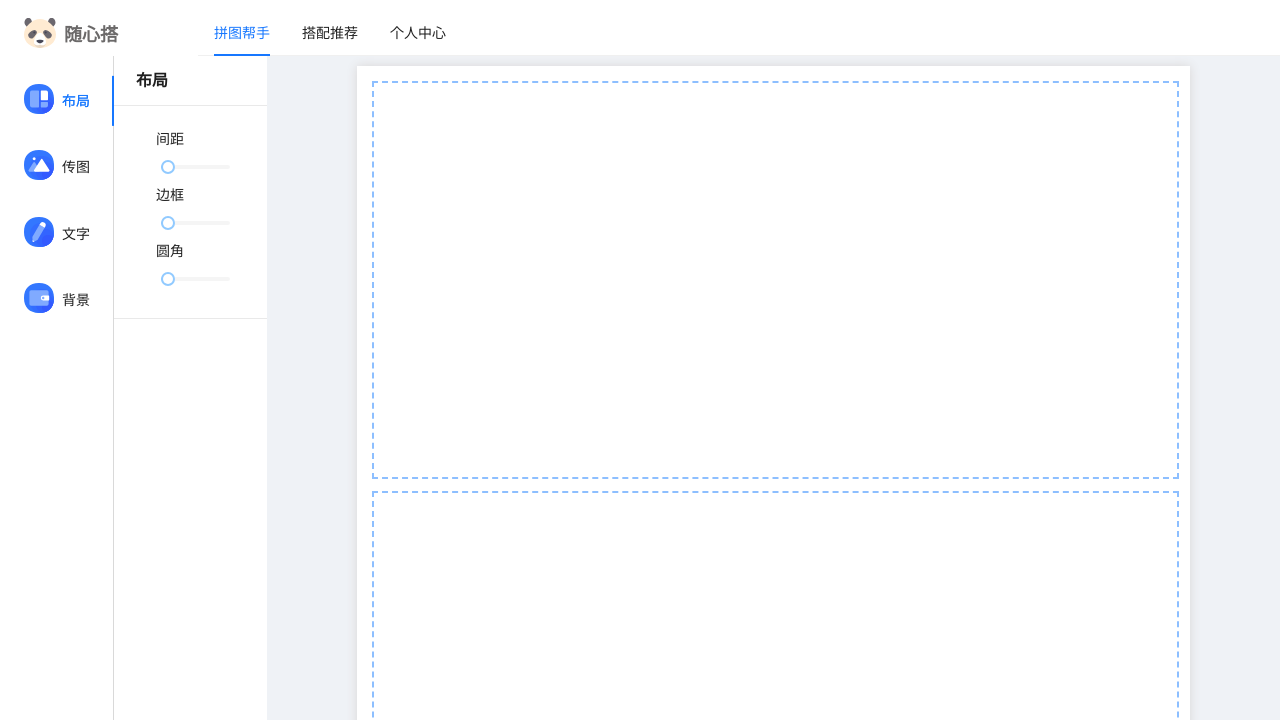
Repository: zzq1101921989/low-code
Page: /
An editor plug-in stored every save of this project. The page is shown before and after the next save, followed by the edit.
The browser window is 1280 px wide. The pictures show the whole page.
The project was rebuilt for these pictures with package versions that can differ from the ones it lists, and the page was loaded fresh each time. Also part of the build but not shown: vite.config.ts, src/pages/admin/index.tsx, src/components/icon/ClothesIcon.tsx, src/components/icon/HairIcon.tsx, src/components/icon/PantsIcon.tsx, src/components/icon/ShoeIcon.tsx, src/pages/recommend/index.tsx.

Above is the page before, as saved 2023-05-07 12:37:38.

### index.html
<!DOCTYPE html>
<html lang="en">
  <head>
    <meta charset="UTF-8" />
    <link rel="icon" type="image/svg+xml" href="/vite.svg" />
    <meta name="viewport" content="width=device-width, initial-scale=1.0" />
    <title>搭配选择困难症？不懂搭？就来随心搭，找到属于自己的穿搭技巧</title>
  </head>
  <body>
    <div id="root"></div>
    <script type="module" src="/src/main.tsx"></script>
  </body>
</html>

### src/main.tsx
import ReactDOM from "react-dom/client";
import App from "./App";
import "./reset.css";

ReactDOM.createRoot(document.getElementById("root") as HTMLElement).render(
  <App />
);

### src/App.tsx
import { BrowserRouter, Navigate, Route, Routes } from "react-router-dom";
import LayoutComponent from "./components/layout";
import { routerConfig } from "./routers";

const App = () => {
  return (
    <BrowserRouter>
      <Routes>
        <Route path="/" element={<LayoutComponent />}>
          {/* 重定向 */}
          <Route path="/" element={<Navigate to="/home" />} />
          {routerConfig.map((item) => (
            <Route path={item.path} key={item.name} element={item.element} />
          ))}
        </Route>
        <Route path="*" element={<div>404</div>} />
      </Routes>
    </BrowserRouter>
  );
};

export default App;

### src/reset.css
html,body,div,span,applet,object,h1,h2,h3,h4,h5,h6,p,blockquote,pre,a,abbr,acronym,address,big,cite,code,del,dfn,em,img,ins,kbd,q,s,samp,small,strike,strong,sub,sup,tt,var,b,u,i,center,dl,dt,dd,ol,ul,li,fieldset,form,label,legend,table,caption,tbody,tfoot,thead,tr,th,td,article,aside,canvas,details,embed,figure,figcaption,footer,header,hgroup,menu,nav,output,ruby,section,summary,time,mark,audio,video {
	margin:0;
	padding:0;
	border:0;
	font-size:100%;
	font:inherit;
	font-weight:normal;
	vertical-align:baseline;
}
/* HTML5 display-role reset for older browsers */
article,aside,details,figcaption,figure,footer,header,hgroup,menu,nav,section {
	display:block;
}
ol,ul,li {
	list-style:none;
}
blockquote,q {
	quotes:none;
}
blockquote:before,blockquote:after,q:before,q:after {
	content:'';
	content:none;
}
table {
	border-collapse:collapse;
	border-spacing:0;
}
th,td {
	vertical-align:middle;
}
/* custom */
a {
	outline:none;
	color:#16418a;
	text-decoration:none;
	-webkit-backface-visibility: hidden;
}
a:focus {
	outline:none;
}
input:focus,select:focus,textarea:focus {
	outline:-webkit-focus-ring-color auto 0;
}

### src/components/layout/index.tsx
import Icon from "@ant-design/icons";
import type { CustomIconComponentProps } from "@ant-design/icons/es/components/Icon";
import { Space } from "antd";
import { Content } from "antd/es/layout/layout";
import { Outlet } from "react-router-dom";
import HeaderComponent from "../header";
import styles from "./index.module.less";

const PandaSvg = () => (
  <svg viewBox="0 0 1024 1024" width="1em" height="1em" fill="currentColor">
    <path
      d="M99.096 315.634s-82.58-64.032-82.58-132.13c0-66.064 33.032-165.162 148.646-148.646 83.37 11.91 99.096 165.162 99.096 165.162l-165.162 115.614zM924.906 315.634s82.58-64.032 82.58-132.13c0-66.064-33.032-165.162-148.646-148.646-83.37 11.91-99.096 165.162-99.096 165.162l165.162 115.614z"
      fill="#6B676E"
    />
    <path
      d="M1024 561.548c0 264.526-229.23 429.42-512.002 429.42S0 826.076 0 561.548 283.96 66.064 512.002 66.064 1024 297.022 1024 561.548z"
      fill="#FFEBD2"
    />
    <path
      d="M330.324 842.126c0 82.096 81.34 148.646 181.678 148.646s181.678-66.55 181.678-148.646H330.324z"
      fill="#E9D7C3"
    />
    <path
      d="M644.13 611.098C594.582 528.516 561.55 512 512.002 512c-49.548 0-82.58 16.516-132.13 99.096-42.488 70.814-78.73 211.264-49.548 247.742 66.064 82.58 165.162 33.032 181.678 33.032 16.516 0 115.614 49.548 181.678-33.032 29.18-36.476-7.064-176.93-49.55-247.74z"
      fill="#FFFFFF"
    />
    <path
      d="M611.098 495.484c0-45.608 36.974-82.58 82.58-82.58 49.548 0 198.194 99.098 198.194 165.162s-79.934 144.904-148.646 99.096c-49.548-33.032-132.128-148.646-132.128-181.678zM412.904 495.484c0-45.608-36.974-82.58-82.58-82.58-49.548 0-198.194 99.098-198.194 165.162s79.934 144.904 148.646 99.096c49.548-33.032 132.128-148.646 132.128-181.678z"
      fill="#6B676E"
    />
    <path
      d="M512.002 726.622c-30.06 0-115.614 5.668-115.614 33.032 0 49.638 105.484 85.24 115.614 82.58 10.128 2.66 115.614-32.944 115.614-82.58-0.002-27.366-85.556-33.032-115.614-33.032z"
      fill="#464655"
    />
    <path
      d="M330.324 495.484m-33.032 0a33.032 33.032 0 1 0 66.064 0 33.032 33.032 0 1 0-66.064 0Z"
      fill="#464655"
    />
    <path
      d="M693.678 495.484m-33.032 0a33.032 33.032 0 1 0 66.064 0 33.032 33.032 0 1 0-66.064 0Z"
      fill="#464655"
    />
  </svg>
);

const PandaIcon = (props: Partial<CustomIconComponentProps>) => (
  <Icon component={PandaSvg} {...props} />
);

export default function LayoutComponent() {
  return (
    <div className={styles["syd-layout"]}>
      <div className={styles["syd-header"]}>
        <div className={styles.logo}>
          <Space>
            <PandaIcon style={{ fontSize: "32px" }} />
            <div style={{ fontWeight: "bold", fontSize: 18, color: "#6b6969" }}>
              随心搭
            </div>
          </Space>
        </div>
        <HeaderComponent />
      </div>
      <Content className={styles["syd-content"]}>
        <Outlet />
      </Content>
    </div>
  );
}

### src/routers/index.tsx
import { RouteObject } from "react-router-dom";
import Admin from "../pages/admin";
import Home from "../pages/home";
import Recommend from "../pages/recommend";

export const routerConfig: (RouteObject & { name: string })[] = [
  {
    path: "home",
    name: "拼图帮手",
    element: <Home />,
  },
  {
    path: "recommend",
    name: "搭配推荐",
    element: <Recommend />,
  },
  {
    path: "admin",
    name: "个人中心",
    element: <Admin />,
  },
];

### src/components/header/index.tsx
import { Menu, MenuProps } from "antd";
import { Link, useLocation } from "react-router-dom";
import { routerConfig } from "../../routers";

export default function HeaderComponent() {

  const locaiton = useLocation();

  const items: MenuProps["items"] = routerConfig.map((key) => ({
    key: key.path,
    label: <Link to={`/${key.path}`}>{key.name}</Link>,
  }));

  return (
    <Menu
      style={{ flex: 1 }}
      mode="horizontal"
      selectedKeys={[locaiton.pathname.split("/")[1]]}
      items={items}
    />
  );
}

### src/components/layout/index.module.less
.syd-layout {
  width: 100%;
  height: 100vh;
  display: flex;
  flex-direction: column;
  overflow: hidden;
  .syd-header {
    display: flex;
    width: 100%;
    align-items: center;
    padding: 10px 24px 0 24px;
    background-color: #fff;
    .logo {
      margin-right: 80px;
    }
  }
  .syd-content {
    flex: auto;
    background: #eff2f6;
  }
}

### src/pages/home/index.tsx
import { Col, Row } from "antd";
import { FC } from "react";
import { DrawImage, Menu } from "./features";
import styles from "./index.module.less";

const Home: FC = () => {
  return (
    <Row style={{ height: "100%" }} className={styles.homeContainer}>
      <Col xl={5}>
        <Menu />
      </Col>
      <Col xl={19}>
        <DrawImage />
      </Col>
    </Row>
  );
};

export default Home;

### src/pages/home/features/index.tsx
export { default as Area } from './Area';
export { default as DrawImage } from './DrawImage';
export { default as Menu } from './Menu';

### src/pages/home/index.module.less
.homeContainer {
    :global{
        .ant-tabs-tabpane {
            padding-left: 0 !important
        }
        .ant-tabs-nav-wrap {
            padding-top: 20px;
        }
    }
}

### src/pages/home/features/Area/index.tsx
import { FC, ReactNode } from "react";
import styles from "./index.module.less";

interface AreaProps {
  /**
   * @name 头部区域内容
   */
  header: string | ReactNode;

  /**
   * @name 中间区域内容
   */
  centre?: string | ReactNode;
}
const Area: FC<AreaProps> = (props) => {
  const { header, centre } = props;

  return (
    <div className={`${styles["area-container"]}`}>
      <div
        className={`${styles["area-container-header"]} ${styles.padding} ${styles.borderBottom}`}
      >
        {header}
      </div>
      {centre && (
        <div
          className={`${styles["area-container-centre"]} ${styles.padding} ${styles["borderBottom"]}`}
        >
          {centre}
        </div>
      )}
    </div>
  );
};

export default Area;

### src/pages/home/features/DrawImage/index.tsx
import { Col, Row } from "antd";
import { FC } from "react";
import { ItemBox } from "../../components";

interface DrawImageProps {}
const DrawImage: FC<DrawImageProps> = (props) => {
  return (
    <div
      style={{
        width: "803px",
        height: "803px",
        padding: "15px",
        margin: '10px auto',
        background: "#fff",
        boxShadow: "0 0 10px #d9d6d6",
      }}
    >
      <Row gutter={[16, 16]} style={{ height: '100%' }}>
        <Col span={24}>
          <ItemBox />
        </Col>
        <Col span={24}>
          <Row gutter={[16, 16]} style={{ height: '100%' }}>
            <Col span={24}>
              <ItemBox />
            </Col>
          </Row>
        </Col>
      </Row>
    </div>
  );
};

export default DrawImage;

### src/pages/home/features/Menu/index.tsx
import { Slider, Space, Tabs, TabsProps } from "antd";
import { Area } from "..";
import {
  ColorIcon,
  ImageIcon,
  LayoutIcon,
  TextIcon,
} from "../../../../components/icon";

/**
 * 导航栏组件
 * @returns
 */
export default function Menu() {
  const items: TabsProps["items"] = [
    {
      label: (
        <Space>
          <LayoutIcon />
          布局
        </Space>
      ),
      key: "1",
      children: (
        <Area
          header="布局"
          centre={
            <div
              style={{
                width: "100%",
                display: "flex",
                flexDirection: "column",
                padding: '10px 20px',
                boxSizing: 'border-box'
              }}
            >
              <div>
                间距
                <Slider defaultValue={10} />
              </div>
              <div>
                边框
                <Slider defaultValue={10} />
              </div>
              <div>
                圆角
                <Slider defaultValue={10} />
              </div>
            </div>
          }
        />
      ),
    },
    {
      label: (
        <Space>
          <ImageIcon />
          传图
        </Space>
      ),
      key: "2",
      children: "",
    },
    {
      label: (
        <Space>
          <TextIcon />
          文字
        </Space>
      ),
      key: "3",
      children: "",
    },
    {
      label: (
        <Space>
          <ColorIcon />
          背景
        </Space>
      ),
      key: "4",
      children: "",
    },
  ];

  return (
    <Tabs
      tabPosition="left"
      items={items}
      style={{ background: "#fff", height: "100%" }}
    />
  );
}

### src/pages/home/features/Area/index.module.less
.area-container {
    width: 100%;
    .area-container-header {
        font-size: 18px;
    }
    .area-container-header {
        font-size: 16px;
        font-weight: bold;
    }
}
.padding {
    padding: 12px 12px 12px 22px;
}
.borderBottom {
    border-bottom: 1px solid #e9e9e9;
}

### src/pages/home/components/index.tsx
export { default as ItemBox } from './ItemBox';

### src/components/icon/index.tsx
export { default as ClothesIcon } from "./ClothesIcon";
export { default as ColorIcon } from "./ColorIcon";
export { default as HairIcon } from "./HairIcon";
export { default as ImageIcon } from "./ImageIcon";
export { default as LayoutIcon } from "./LayoutIcon";
export { default as PantsIcon } from "./PantsIcon";
export { default as ShoeIcon } from "./ShoeIcon";
export { default as TextIcon } from "./TextIcon";

### src/pages/home/components/ItemBox/index.tsx
import type { FC } from "react";
import { memo } from "react";

interface ItemBoxProps {

}
const ItemBox: FC<ItemBoxProps> = (props) => {
  const {  } = props;
  return (
    <div
      style={{
        width: '100%',
        height: '100%',
        border: "2px dashed rgba(30, 128, 255, 0.5)",
      }}
    ></div>
  );
};
export default memo(ItemBox);

### src/components/icon/ColorIcon.tsx
import Icon from "@ant-design/icons";
import { CustomIconComponentProps } from "@ant-design/icons/lib/components/Icon";

const Color = () => (
  <svg
    viewBox="0 0 1024 1024"
    version="1.1"
    xmlns="http://www.w3.org/2000/svg"
    p-id="7117"
    width="30"
    height="30"
  >
    <path
      d="M1023.910943 511.999898c5.11911 317.794367-194.116663 516.825376-511.91103 511.911029-317.794367 4.914346-516.825376-194.116663-511.91103-511.911029C-4.825463 194.20553 194.205546-4.825478 511.999913 0.088868c317.794367-4.914346 516.825376 194.116663 511.91103 511.91103z"
      fill="#3377FF"
      p-id="7118"
    ></path>
    <path
      d="M1022.477592 566.671996C1006.915497 340.40732 852.318366 201.16752 614.382119 204.85328c-254.112635-4.095288-413.624112 155.416189-409.528824 409.528824-3.890524 237.936247 135.554041 392.533378 361.613952 408.095473 268.036615-16.381153 439.629192-187.97373 456.010345-455.805581z"
      fill="#336DFF"
      p-id="7119"
    ></path>
    <path
      d="M1015.515602 629.944199C985.824762 491.523456 876.480566 407.160519 716.764325 409.617692c-190.635668-3.071466-310.218084 116.51095-307.146618 307.146618-2.457173 159.716241 81.905765 269.060437 220.121743 298.751277 211.112109-34.400421 351.375731-174.664043 385.776152-385.571388z"
      fill="#3364FF"
      p-id="7120"
    ></path>
    <path
      d="M997.701098 705.707031C964.734028 646.734881 902.076118 613.153517 819.146531 614.382104c-127.1587-2.047644-206.812056 77.605712-204.764412 204.764412-1.433351 82.929587 32.352777 145.587497 91.120163 178.554567a431.233852 431.233852 0 0 0 292.198816-291.994052z"
      fill="#335AFF"
      p-id="7121"
    ></path>
    <path
      d="M184.376854 245.806162m61.429324 0l532.387471 0q61.429324 0 61.429323 61.429324l0 409.528824q0 61.429324-61.429323 61.429323l-532.387471 0q-61.429324 0-61.429324-61.429323l0-409.528824q0-61.429324 61.429324-61.429324Z"
      fill="#80AAFF"
      p-id="7122"
    ></path>
    <path
      d="M655.335001 430.094133h184.287971a20.476441 20.476441 0 0 1 20.476441 20.476441v122.858647a20.476441 20.476441 0 0 1-20.476441 20.476441h-184.287971a81.905765 81.905765 0 0 1-81.905764-81.905764 81.905765 81.905765 0 0 1 81.905764-81.905765z"
      fill="#FFFFFF"
      p-id="7123"
    ></path>
    <path
      d="M655.335001 511.999898m-40.952882 0a40.952882 40.952882 0 1 0 81.905765 0 40.952882 40.952882 0 1 0-81.905765 0Z"
      fill="#80AAFF"
      p-id="7124"
    ></path>
  </svg>
);

export default function ColorIcon(props: Partial<CustomIconComponentProps>) {
  return <Icon component={Color} {...props} />;
}

### src/components/icon/ImageIcon.tsx
import Icon from "@ant-design/icons";
import { CustomIconComponentProps } from "@ant-design/icons/lib/components/Icon";

const Image = () => (
  <svg
    viewBox="0 0 1024 1024"
    version="1.1"
    xmlns="http://www.w3.org/2000/svg"
    p-id="1209"
    width="30"
    height="30"
  >
    <path
      d="M1023.910943 511.999898c5.11911 317.794367-194.116663 516.825376-511.91103 511.911029-317.794367 4.914346-516.825376-194.116663-511.91103-511.911029C-4.825463 194.20553 194.205546-4.825478 511.999913 0.088868c317.794367-4.914346 516.825376 194.116663 511.91103 511.91103z"
      fill="#3377FF"
      p-id="1210"
    ></path>
    <path
      d="M1022.477592 566.671996C1006.915497 340.40732 852.318366 201.16752 614.382119 204.85328c-254.112635-4.095288-413.624112 155.416189-409.528824 409.528824-3.890524 237.936247 135.554041 392.533378 361.613952 408.095473 268.036615-16.381153 439.629192-187.97373 456.010345-455.805581z"
      fill="#336DFF"
      p-id="1211"
    ></path>
    <path
      d="M1015.515602 629.944199C985.824762 491.523456 876.480566 407.160519 716.764325 409.617692c-190.635668-3.071466-310.218084 116.51095-307.146618 307.146618-2.457173 159.716241 81.905765 269.060437 220.121743 298.751277 211.112109-34.400421 351.375731-174.664043 385.776152-385.571388z"
      fill="#3364FF"
      p-id="1212"
    ></path>
    <path
      d="M312.968905 439.308531L158.781302 678.678129a40.952882 40.952882 0 0 0 34.400422 63.067439h308.375204a40.952882 40.952882 0 0 0 34.400421-63.067439l-154.187602-239.574362a40.952882 40.952882 0 0 0-68.800842 0.204764z"
      fill="#80AAFF"
      p-id="1213"
    ></path>
    <path
      d="M997.701098 705.707031C964.734028 646.734881 902.076118 613.153517 819.146531 614.382104c-127.1587-2.047644-206.812056 77.605712-204.764412 204.764412-1.433351 82.929587 32.352777 145.587497 91.120163 178.554567a431.233852 431.233852 0 0 0 292.198816-291.994052z"
      fill="#335AFF"
      p-id="1214"
    ></path>
    <path
      d="M571.586357 329.554807l-225.240853 349.123322a40.952882 40.952882 0 0 0 34.400421 63.067439h450.481706a40.952882 40.952882 0 0 0 34.400421-63.067439l-225.240853-349.123322a40.952882 40.952882 0 0 0-68.800842 0z"
      fill="#FFFFFF"
      p-id="1215"
    ></path>
    <path
      d="M347.369326 294.540092m-51.191103 0a51.191103 51.191103 0 1 0 102.382206 0 51.191103 51.191103 0 1 0-102.382206 0Z"
      fill="#FFFFFF"
      p-id="1216"
    ></path>
  </svg>
);

export default function ImageIcon(props: Partial<CustomIconComponentProps>) {
  return <Icon component={Image} {...props} />;
}

### src/components/icon/LayoutIcon.tsx
import Icon from "@ant-design/icons";
import { CustomIconComponentProps } from "@ant-design/icons/lib/components/Icon";

const Layout = () => (
  <svg
    viewBox="0 0 1024 1024"
    version="1.1"
    xmlns="http://www.w3.org/2000/svg"
    p-id="1056"
    width="30"
    height="30"
  >
    <path
      d="M1023.910943 511.999898c5.11911 317.794367-194.116663 516.825376-511.91103 511.911029-317.794367 4.914346-516.825376-194.116663-511.91103-511.911029C-4.825463 194.20553 194.205546-4.825478 511.999913 0.088868c317.794367-4.914346 516.825376 194.116663 511.91103 511.91103z"
      fill="#3377FF"
      p-id="1057"
    ></path>
    <path
      d="M1022.477592 566.671996C1006.915497 340.40732 852.318366 201.16752 614.382119 204.85328c-254.112635-4.095288-413.624112 155.416189-409.528824 409.528824-3.890524 237.936247 135.554041 392.533378 361.613952 408.095473 268.036615-16.381153 439.629192-187.97373 456.010345-455.805581z"
      fill="#336DFF"
      p-id="1058"
    ></path>
    <path
      d="M1015.515602 629.944199C985.824762 491.523456 876.480566 407.160519 716.764325 409.617692c-190.635668-3.071466-310.218084 116.51095-307.146618 307.146618-2.457173 159.716241 81.905765 269.060437 220.121743 298.751277 211.112109-34.400421 351.375731-174.664043 385.776152-385.571388z"
      fill="#3364FF"
      p-id="1059"
    ></path>
    <path
      d="M997.701098 705.707031C964.734028 646.734881 902.076118 613.153517 819.146531 614.382104c-127.1587-2.047644-206.812056 77.605712-204.764412 204.764412-1.433351 82.929587 32.352777 145.587497 91.120163 178.554567a431.233852 431.233852 0 0 0 292.198816-291.994052z"
      fill="#335AFF"
      p-id="1060"
    ></path>
    <path
      d="M593.905678 225.329721h163.811529a61.429324 61.429324 0 0 1 61.429324 61.429323v245.717295a20.476441 20.476441 0 0 1-20.476441 20.476441H593.905678a20.476441 20.476441 0 0 1-20.476441-20.476441V245.806162a20.476441 20.476441 0 0 1 20.476441-20.476441z"
      fill="#FFFFFF"
      p-id="1061"
    ></path>
    <path
      d="M593.905678 614.382104h204.764412a20.476441 20.476441 0 0 1 20.476441 20.476441v102.382206a61.429324 61.429324 0 0 1-61.429324 61.429323h-163.811529a20.476441 20.476441 0 0 1-20.476441-20.476441v-143.335088a20.476441 20.476441 0 0 1 20.476441-20.476441zM266.282619 225.329721h225.240853a20.476441 20.476441 0 0 1 20.476441 20.476441v532.387471a20.476441 20.476441 0 0 1-20.476441 20.476441H266.282619a61.429324 61.429324 0 0 1-61.429324-61.429323V286.759044a61.429324 61.429324 0 0 1 61.429324-61.429323z"
      fill="#80AAFF"
      p-id="1062"
    ></path>
  </svg>
);

export default function LayoutIcon(props: Partial<CustomIconComponentProps>) {
  return <Icon component={Layout} {...props} />;
}

### src/components/icon/TextIcon.tsx
import Icon from "@ant-design/icons";
import { CustomIconComponentProps } from "@ant-design/icons/lib/components/Icon";

const Text = () => (
  <svg
    viewBox="0 0 1024 1024"
    version="1.1"
    xmlns="http://www.w3.org/2000/svg"
    p-id="1365"
    width="30"
    height="30"
  >
    <path
      d="M1023.910943 511.999898c5.11911 317.794367-194.116663 516.825376-511.91103 511.911029-317.794367 4.914346-516.825376-194.116663-511.91103-511.911029C-4.825463 194.20553 194.205546-4.825478 511.999913 0.088868c317.794367-4.914346 516.825376 194.116663 511.91103 511.91103z"
      fill="#3377FF"
      p-id="1366"
    ></path>
    <path
      d="M1022.477592 566.671996C1006.915497 340.40732 852.318366 201.16752 614.382119 204.85328c-254.112635-4.095288-413.624112 155.416189-409.528824 409.528824-3.890524 237.936247 135.554041 392.533378 361.613952 408.095473 268.036615-16.381153 439.629192-187.97373 456.010345-455.805581z"
      fill="#336DFF"
      p-id="1367"
    ></path>
    <path
      d="M1015.515602 629.944199C985.824762 491.523456 876.480566 407.160519 716.764325 409.617692c-190.635668-3.071466-310.218084 116.51095-307.146618 307.146618-2.457173 159.716241 81.905765 269.060437 220.121743 298.751277 211.112109-34.400421 351.375731-174.664043 385.776152-385.571388z"
      fill="#3364FF"
      p-id="1368"
    ></path>
    <path
      d="M997.701098 705.707031C964.734028 646.734881 902.076118 613.153517 819.146531 614.382104c-127.1587-2.047644-206.812056 77.605712-204.764412 204.764412-1.433351 82.929587 32.352777 145.587497 91.120163 178.554567a431.233852 431.233852 0 0 0 292.198816-291.994052z"
      fill="#335AFF"
      p-id="1369"
    ></path>
    <path
      d="M526.538186 263.82543L293.311521 668.03038a61.429324 61.429324 0 0 0-7.985812 35.629007l9.828692 125.725349a20.476441 20.476441 0 0 0 28.667017 17.200211l118.763359-51.600632A61.429324 61.429324 0 0 0 471.047031 769.388763l232.817136-403.181127z"
      fill="#80AAFF"
      p-id="1370"
    ></path>
    <path
      d="M687.687779 189.495949a102.382206 102.382206 0 0 0-139.854094 37.471887l-20.476441 36.857594 177.325981 102.382206 20.476441-36.857594a102.382206 102.382206 0 0 0-37.471887-139.854093zM292.082935 790.479498l3.071466 38.905238a20.476441 20.476441 0 0 0 28.667017 17.200211l37.267123-16.176389z"
      fill="#FFFFFF"
      p-id="1371"
    ></path>
  </svg>
);

export default function TextIcon(props: Partial<CustomIconComponentProps>) {
  return <Icon component={Text} {...props} />;
}

After the next save:
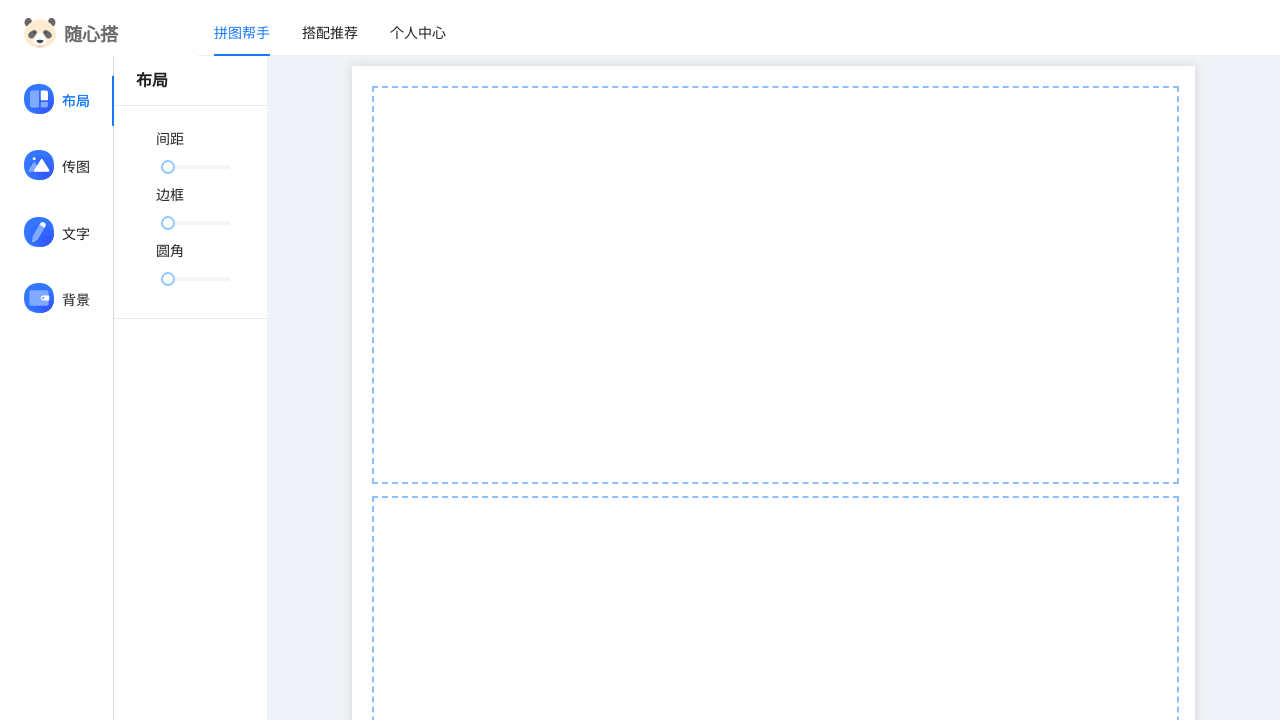
Saved 4 s later.
--- a/src/pages/home/features/DrawImage/index.tsx
+++ b/src/pages/home/features/DrawImage/index.tsx
@@ -9,7 +9,7 @@ const DrawImage: FC<DrawImageProps> = (props) => {
       style={{
         width: "803px",
         height: "803px",
-        padding: "15px",
+        padding: "20px",
         margin: '10px auto',
         background: "#fff",
         boxShadow: "0 0 10px #d9d6d6",
